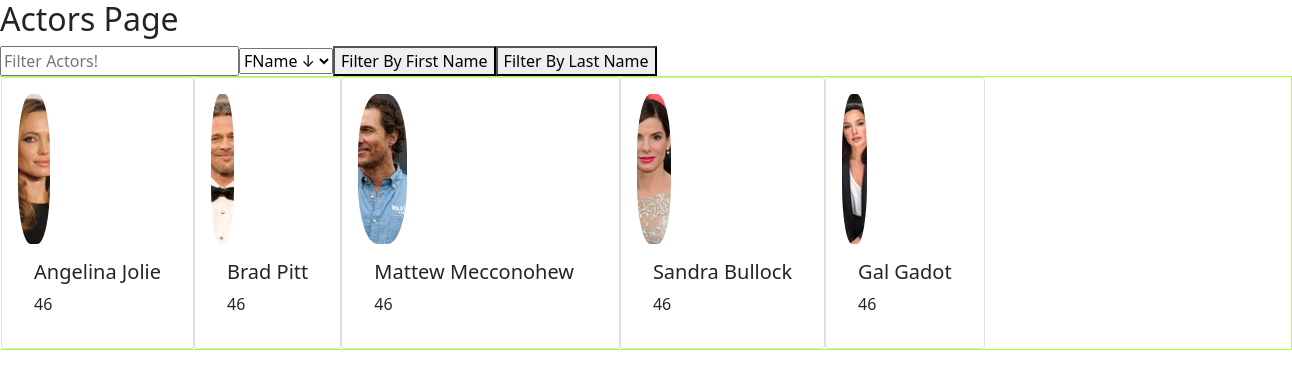
Repository: shuroo/FECourse-react-movieapp
Page: /
The author's editor kept a copy of each file at every save. The page is drawn from the files as they stood at one save, then again after the next save.
The browser window is 1280 px wide. The page is 1292 px wide, so the pictures cover 1292 px, including what lies to the right of the window. The pictures show the whole page.
The project was rebuilt for these pictures with package versions that can differ from the ones it lists, and the page was loaded fresh each time. Also part of the build but not shown: src/App.css.

Above is the page before, as saved 2021-07-25 11:35:36.

### src/App.js
import logo from './logo.svg';
import './App.css';
import React, { useState } from 'react';
import 'bootstrap/dist/css/bootstrap.min.css';
import ActorsPage from './pages/ActorsPage';

function App() {
    return <ActorsPage / >
};

export default App;

### src/pages/ActorsPage.jsx
import React, { useState } from 'react';
import ActorModel from '../model/ActorModel';
import CardComponent from "../components/CardComponent";
import SortComponent from "../components/SortComponent";
import ImgGallery from "../components/ImgGallery";
import 'bootstrap/dist/css/bootstrap.min.css';

function ActorsPage() {

    const allActors = [ new ActorModel("Angelina", "Jolie", new Date("04/06/1975"), "./angeline.jpg", "https://www.imdb.com/name/nm0001401/"),
    new ActorModel("Brad", "Pitt", new Date("04/06/1975"), "./brad_pitt.jpg", "https://www.imdb.com/name/nm0000093/"),
    new ActorModel("Mattew", "Mecconohew", new Date("04/06/1975"), "./mattehew_mecc.jpeg","https://www.imdb.com/name/nm0000190/"),
    new ActorModel("Sandra", "Bullock", new Date("04/06/1975"), "./sandra_bullock.jpg", "https://www.imdb.com/name/nm0000113/"),
    new ActorModel("Gal", "Gadot", new Date("04/06/1975"), "./gal_gadot.jpg", "https://www.imdb.com/name/nm0000113/")];

    const [actors, setActors] = useState(
        allActors
        )

     let actorsHtml = actors.map(act=><CardComponent key={act.firstName+"1"} actor={act}/>)

    // firstName, lastName, birthday, image, imdbLink

    const [filterText, setFilterText] = useState("")
    const [sortCriteria, setSortCriteria] = useState("")

    function filterTextByEvent(e){
        let text = e.target.value;
        setFilterText(text);
        if(text === ""){
            setActors(allActors);
        }
    }
    function filterByFirstName(){
        let actorsFiltered = [...actors].filter(a=>a.firstName.startsWith(filterText));
        setActors(actorsFiltered);
    }

    function filterByLastName(){
         setActors(actors.filter(a=>a.lastName.startsWith(filterText)));
    }



    return (
        <div >
            <h2>Actors Page</h2>
            <div className="content">
            <input type="text" value={filterText} onChange={(e)=>filterTextByEvent(e)}   placeholder="Filter Actors!"></input>
            <SortComponent actors={actors} setSortCriteria={setSortCriteria} sortCriteria={sortCriteria} setActors={setActors} />
            <button onClick={filterByFirstName}>Filter By First Name</button>
            <button onClick={filterByLastName}>Filter By Last Name</button>
            <div className="row"><ImgGallery actorsHtml={actorsHtml}/></div>
            </div>

        </div>
    );
}

export default ActorsPage;

### src/model/ActorModel.jsx
class ActorModel{

    constructor(firstName, lastName, birthday, image, imdbLink){

        this.firstName = firstName;
        this.lastName = lastName;
        this.birthday = birthday;
        this.image = image;
        this.imdbLink = imdbLink;
        this.age = this.age.bind(this);
    }

    age(){
        var thisyear = new Date().getFullYear();
        var birthyear = this.birthday.getFullYear();
        return (thisyear - birthyear);
    }
}

export default ActorModel;

### src/components/CardComponent.jsx
import React from "react";
import './CardComponent.css';

function CardComponent({actor}) {

	return (


<div class="card">
<div class="card-body">
<div onClick={(e)=>(window.open(actor.imdbLink, '_blank'))}>
  <img className="actorImg" src={actor.image} alt={actor.firstName+" "+actor.lastName}/>
  <div className="card-body">
    <h5 className="card-title">{actor.firstName} {actor.lastName}</h5>
    <p className="card-text">{actor.age()}
  </p></div>
  </div>

</div>
</div>
	)
}

export default CardComponent;

### src/components/SortComponent.jsx
import React from "react";

function SortComponent({sortCriteria, actors, setActors,setSortCriteria}){

    function sortBy(){

        if(sortCriteria === "firstName"){
            actors.sort((a,b)=>
            {
                if(a.firstName < b.firstName) { return -1; }
                if(a.firstName > b.firstName) { return 1; }
                return 0;
            })
        }else{
            actors.sort (
                (a,b)=>
            {
                if(a.lastName < b.lastName) { return -1; }
                if(a.lastName > b.lastName) { return 1; }
                return 0;
            })
        }

        console.log(actors);
        setActors(actors);
        setSortCriteria(sortCriteria);
    }

    return(

<select name="sortBy" value={sortCriteria} onChange={setSortCriteria}  >

  <option value="firstName">FName &#8595;</option>
  <option value="lastName">LName &#8593;</option>
</select>

)}

export default SortComponent;

### src/components/ImgGallery.jsx
import React from "react";
import './CardComponent.css';

function ImgGallery({actorsHtml}){


return(
<div className="gallery">{actorsHtml}</div>

)

}

export default ImgGallery;

### src/components/CardComponent.css
.actorImg {
    border-radius: 40%;
    object-fit: cover;
    height: 150px;
    width: 20%;
}

.col {
    display: flex;
    justify-content: space-around;
    align-items: flex-start;
    flex-basis: 20%;
}

.card {
    display: flex;
}

.gallery {
    display: flex;
    border: 1px solid greenyellow;
    align-items: flex-start;
}

Loaded but not shown: public/index.html (common file); src/index.js (common file); src/index.css (common file); src/reportWebVitals.js (common file)

After the next save:
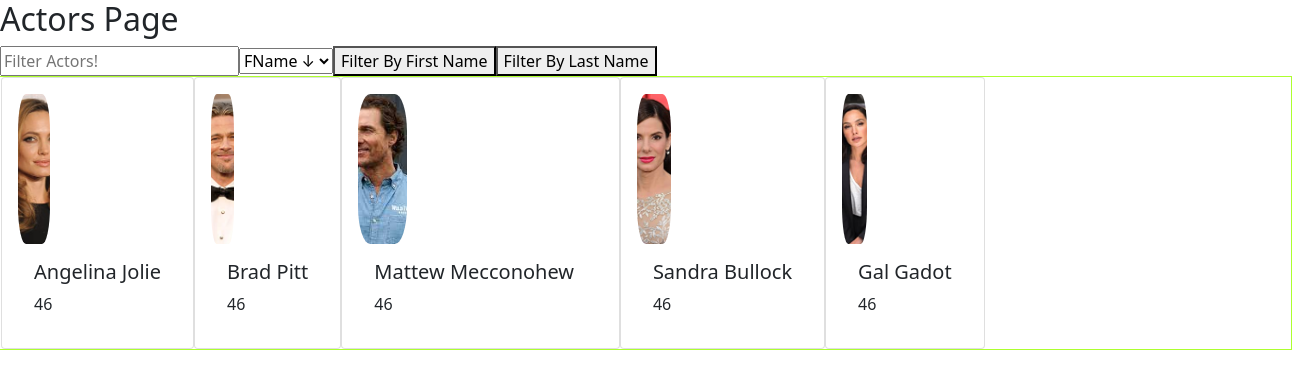
Saved 17 s later.
--- a/src/components/CardComponent.css
+++ b/src/components/CardComponent.css
@@ -1,5 +1,5 @@
 .actorImg {
-    border-radius: 40%;
+    border-radius: 25%;
     object-fit: cover;
     height: 150px;
     width: 20%;
